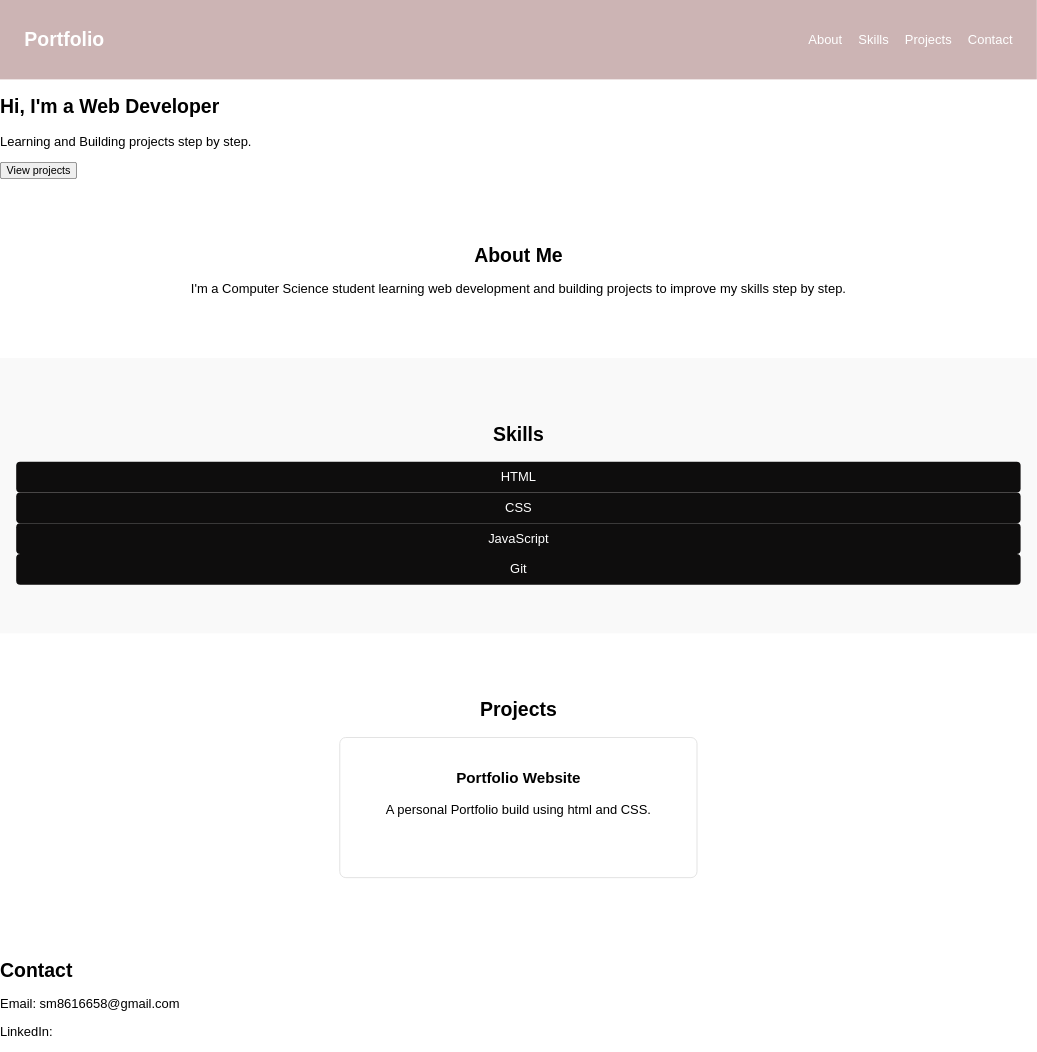
Repository: syeda-naqvi-hub/Portfolio-website
Page: python/portfolio/index.html
These files come from the project's save history. The page is drawn as it stood at one moment and after the next save; the edit follows.
The browser window is 1280 px wide. The pictures show the whole page, at 81% of full size.

Above is the page before, as saved 2026-02-07 11:39:48.

### python/portfolio/index.html
<!DOCTYPE html>
<html lang="en">
<head>
    <meta charset="UTF-8">
    <meta name="viewport" content="width=device-width, initial-scale=1.0">
    <title>Portfolio</title>
    <link rel="stylesheet" href="style.css">
</head>
<body>
    <script src="script.js"></script>
    <header>
        <nav>
            <h2 class="logo">Portfolio</h2>
            <ul>
                <li><a href="#about">About</a></li>
                <li><a href="#skills">Skills</a></li>
                <li><a href="#projects">Projects</a></li>
                <li><a href="#contact">Contact</a></li>
            </ul>
        </nav>
    </header>
    <section class=""hero">
        <h1>Hi, I'm a Web Developer </h1>
        <p>Learning and Building projects step by step.</p>
        <button>View projects</button>
    </section>
    <section id="about" class="about">
        <h2>About Me</h2>
        <p>
            I'm a Computer Science student learning web development and building projects to improve my skills step by step.
        </p>
    </section>
    <section id="skills" class="skills">
        <h2>Skills</h2>
        <div class="skills-list">
            <div>HTML</div>
            <div>CSS</div>
            <div>JavaScript</div>
            <div>Git</div>
        </div>
    </section>
    <section id="projects" class="projects">
        <h2>Projects</h2>
        <div class="project-card">
            <h3>Portfolio Website</h3>
            <p>A personal Portfolio build using html and CSS.</p>
            <a href="#">Live Demo</a>
            <a href="#">Github</a>
        </div>
    </section>
    <section id="contact" class="contact">
        <h2>Contact</h2>
        <p>Email: sm8616658@gmail.com</p>
        <p>LinkedIn: </p>

    </section>
</body>
</html>

### python/portfolio/style.css
body {
    font-family: arial,sans-serif;
    margin: 0;
}
header {
    background: #ccb4b4;
    color: white;
    padding: 15px 30px;
}
nav {
    display: flex;
    justify-content: space-between;
    align-items: center;
}
ul {
    display: flex;
    list-style: none;
    gap: 20px;
}
a {
    color: white;
    text-decoration:none
}
.hero {
    height: 80vh;
    display: flex;
    flex-direction: column;
    justify-content: center;
    background: #cec6c6;
    text-align: center;
}
.about {
    padding: 60px 20px;
    text-align: center;
}
.skills {
    background: #f9f9f9;
    padding: 60px 20px;
    text-align: center;
}
.skills-set {
    display: flex;
    justify-content: center;
    gap: 20px;
    margin-top: 20px;
}
.skills-list div {
    background: #0e0d0d;
    color: white;
    padding: 10px 20px;
    border-radius: 5px;
}
.projects {
    padding: 60px 20px;
    text-align: center;
}
.project-card {
    border: 1px solid #ddd;
    padding: 20px;
    margin: 20px auto;
    max-width: 400px;
    border-radius: 8px;
}
.project-card a {
    margin: 10px;
    display: inline-block;
}

### python/portfolio/script.js
console.log("Portfolio loaded")

After the next save:
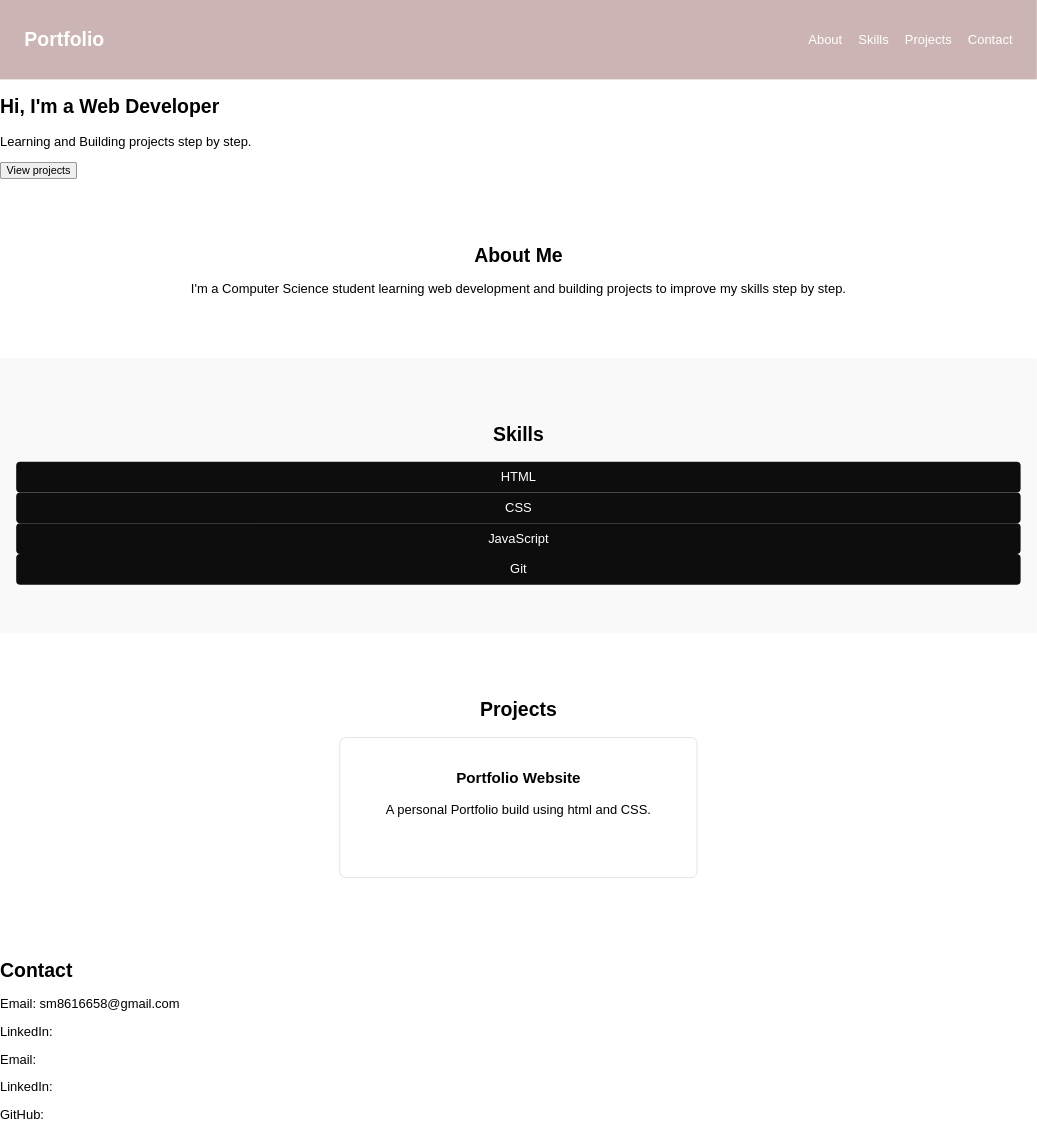
Saved 75 s later.
--- a/python/portfolio/index.html
+++ b/python/portfolio/index.html
@@ -52,7 +52,9 @@
         <h2>Contact</h2>
         <p>Email: sm8616658@gmail.com</p>
         <p>LinkedIn: </p>
-
+        <p>Email: <a href="mailto:yourgmail@gmail.com">yourgmail@gmail.com</a></p>
+<p>LinkedIn: <a href="https://linkedin.com/in/Syeda Naqvi">Profile</a></p>
+<p>GitHub: <a href="https://github.com/">Repository</a></p>
     </section>
 </body>
 </html>
